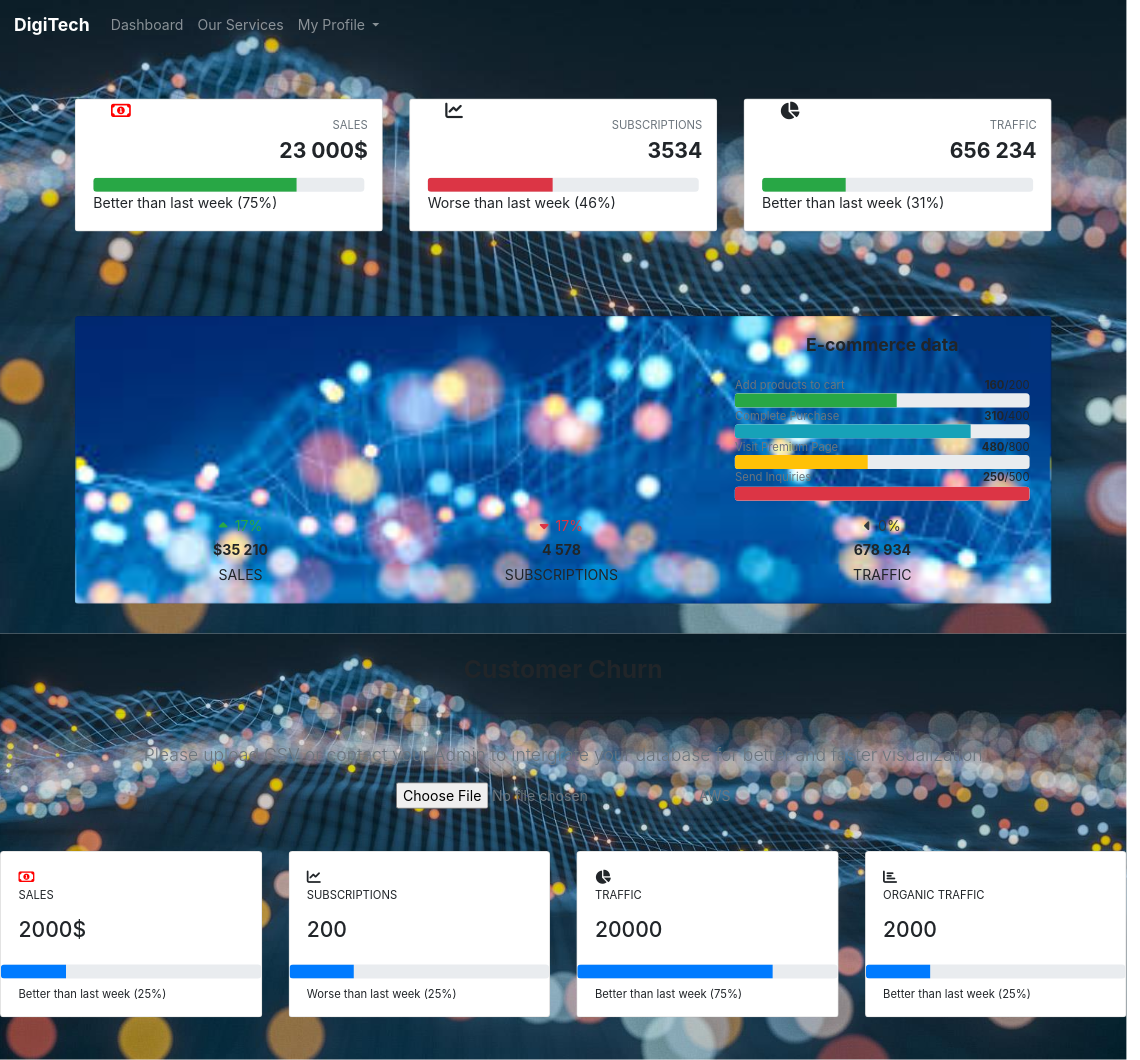
Repository: Tookliin/DigiTech
Page: /profile
The author's editor kept a copy of each file at every save. The page is drawn from the files as they stood at one save, then again after the next save.
The browser window is 1280 px wide. The page is 1295 px wide, so the pictures cover 1295 px, including what lies to the right of the window. The pictures show the whole page, at 88% of full size.
The project was rebuilt for these pictures with package versions that can differ from the ones it lists, and the page was loaded fresh each time. Also part of the build but not shown: src/components/Dashboard.vue, src/components/Error.vue, src/components/Register.vue, src/components/Organization.vue.

Above is the page before, as saved 2020-07-22 00:42:59.

After the next save:
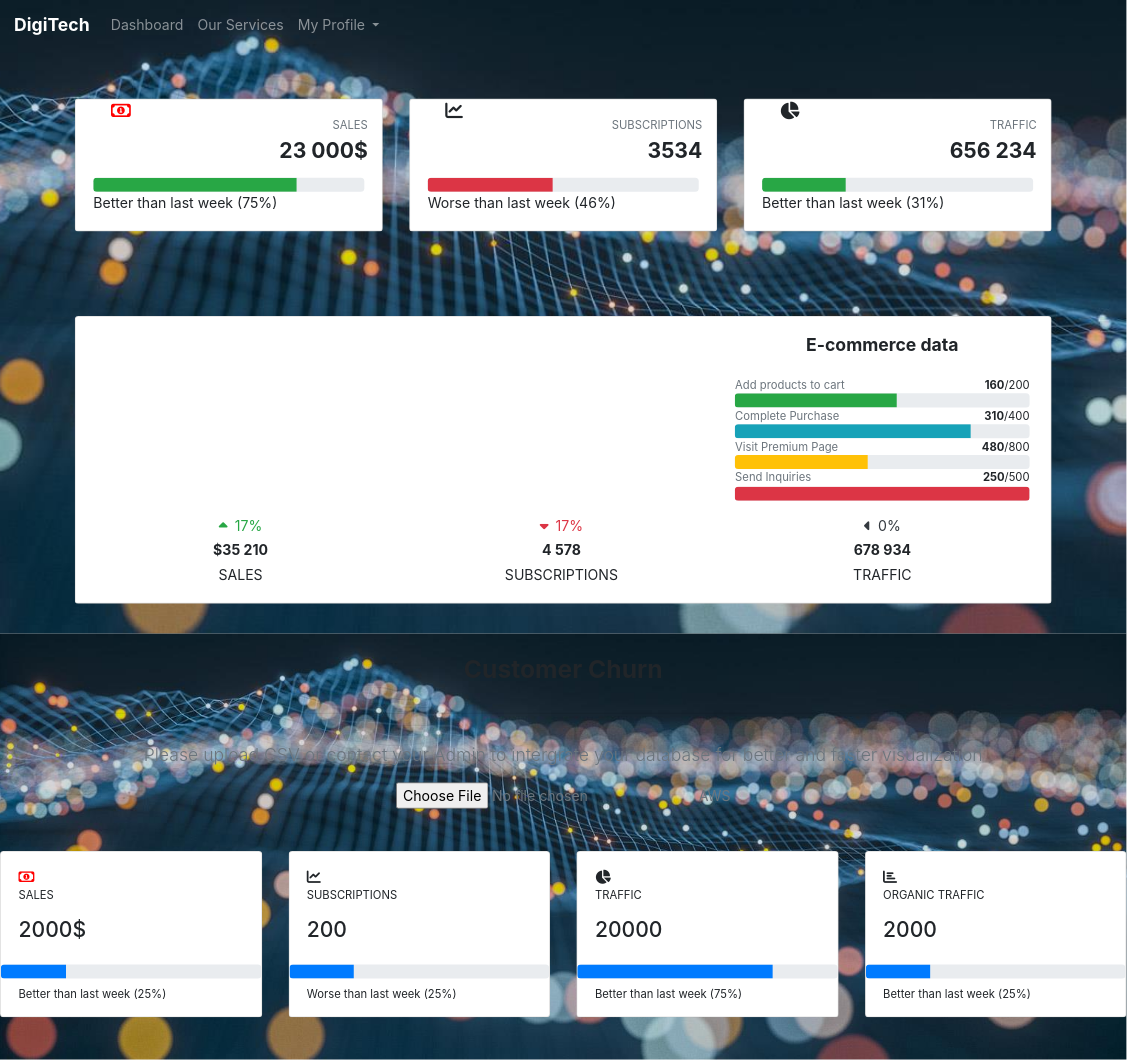
Saved 29 s later.
--- a/src/assets/css/main.css
+++ b/src/assets/css/main.css
@@ -66,7 +66,7 @@ background-size: cover;;
  }
 
  .client-card{
-     background-image: url("../images/data.jpeg");
+     background-color: green;
      background-position: center;
     background-size: cover;
     position: relative;
